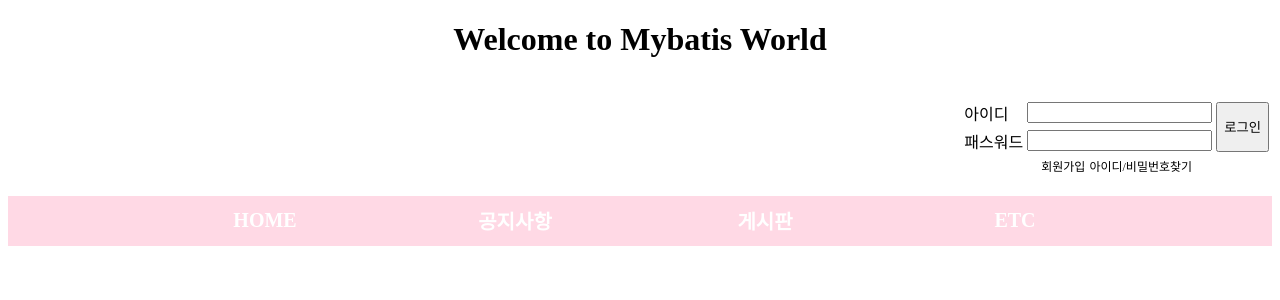
Repository: smjae96/Backup
Page: http://localhost/mybatisProject/
These files come from the project's save history. The page is drawn as it stood at one moment and after the next save; the edit follows.
The browser window is 1280 px wide. The pictures show the whole page.
The page is served by Tomcat 9.

Above is the page before, as saved 2024-04-04 01:07:49.

After the next save:
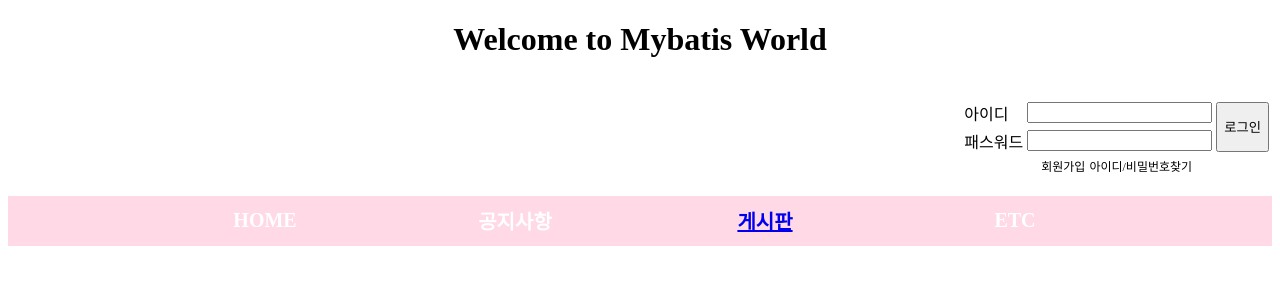
Saved 2 min 54 s later.
--- a/6_mybatis/mybatisProject/webapp/WEB-INF/views/common/menubar.jsp
+++ b/6_mybatis/mybatisProject/webapp/WEB-INF/views/common/menubar.jsp
@@ -92,7 +92,7 @@
     <div class="nav-area" align="center">
         <div class="menu">HOME</div>
         <div class="menu">공지사항</div>
-        <div class="menu">게시판</div>
+        <div class="menu"><a href="list.bo">게시판</a></div>
         <div class="menu">ETC</div>
     </div>
 </body>
